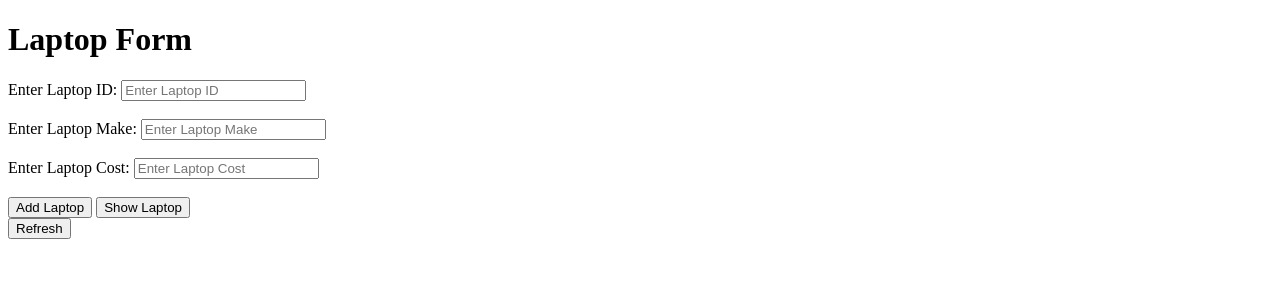
Repository: satvikagrasani/Spring-WorkSpace
Page: SpringMVC/WebAppDemo/AssignmentApp/src/main/webapp/index.html
The author's editor kept a copy of each file at every save. The page is drawn from the files as they stood at one save, then again after the next save.
The browser window is 1280 px wide. The pictures show the whole page.

Above is the page before, as saved 2023-08-22 08:17:36.

### SpringMVC/WebAppDemo/AssignmentApp/src/main/webapp/index.html
<!DOCTYPE html>
<html>
<head>
<meta charset="ISO-8859-1">
<title>Insert title here</title>
</head>
<body>


	<form>
		<h1>Laptop Form</h1>
		Enter Laptop ID: <input type="number" name="ID" placeholder="Enter Laptop ID" /><br><br>
		Enter Laptop Make: <input type="text" name="Make" placeholder="Enter Laptop Make"/><br><br>
		Enter Laptop Cost: <input type="number" name="Cost" placeholder="Enter Laptop Cost"/><br><br>

		<input type="submit" value="Add Laptop" formaction="add"/>
		<input type="submit" value="Show Laptop" formaction="show"/><br>

		<input type="button" value="Refresh" onclick="location.reload()"/>
	</form>
</body>
</html>

After the next save:
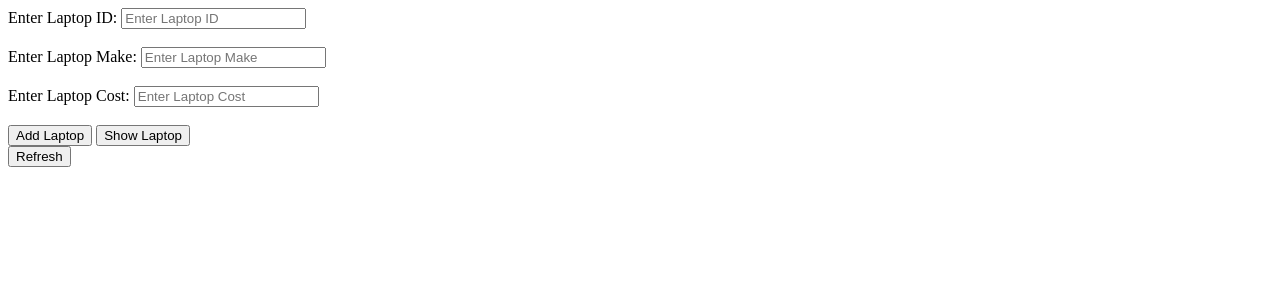
Saved 28 s later.
--- a/SpringMVC/WebAppDemo/AssignmentApp/src/main/webapp/index.html
+++ b/SpringMVC/WebAppDemo/AssignmentApp/src/main/webapp/index.html
@@ -8,7 +8,6 @@
 
 
 	<form>
-		<h1>Laptop Form</h1>
 		Enter Laptop ID: <input type="number" name="ID" placeholder="Enter Laptop ID" /><br><br>
 		Enter Laptop Make: <input type="text" name="Make" placeholder="Enter Laptop Make"/><br><br>
 		Enter Laptop Cost: <input type="number" name="Cost" placeholder="Enter Laptop Cost"/><br><br>
